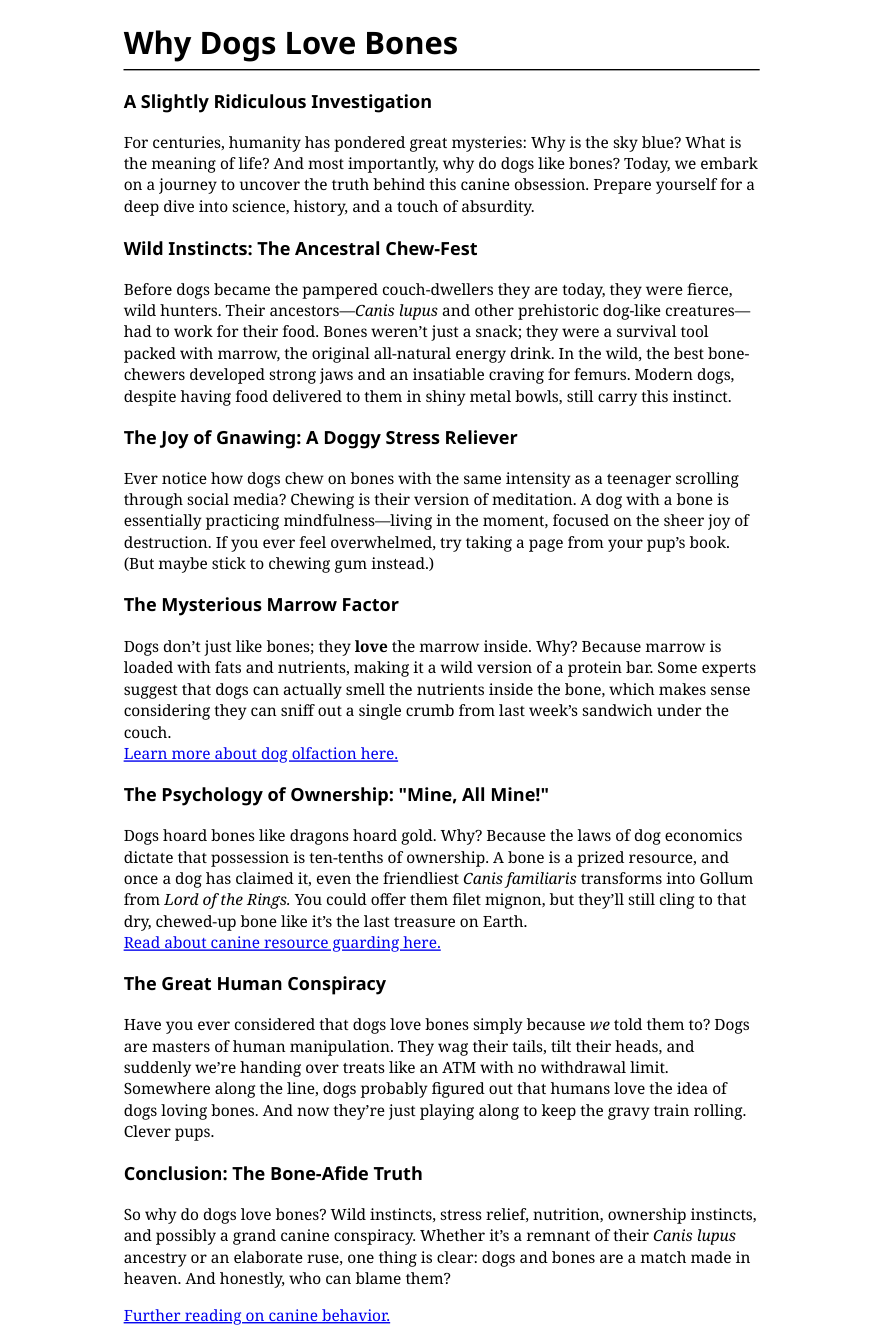
Repository: Leith-vdl/apprentice-challenge-1
Page: index.html
These files come from the project's save history. The page is drawn as it stood at one moment and after the next save; the edit follows.
The browser window is 1280 px wide. The pictures show the whole page, at 69% of full size.

Above is the page before, as saved 2025-01-31 15:27:21.

After the next save:
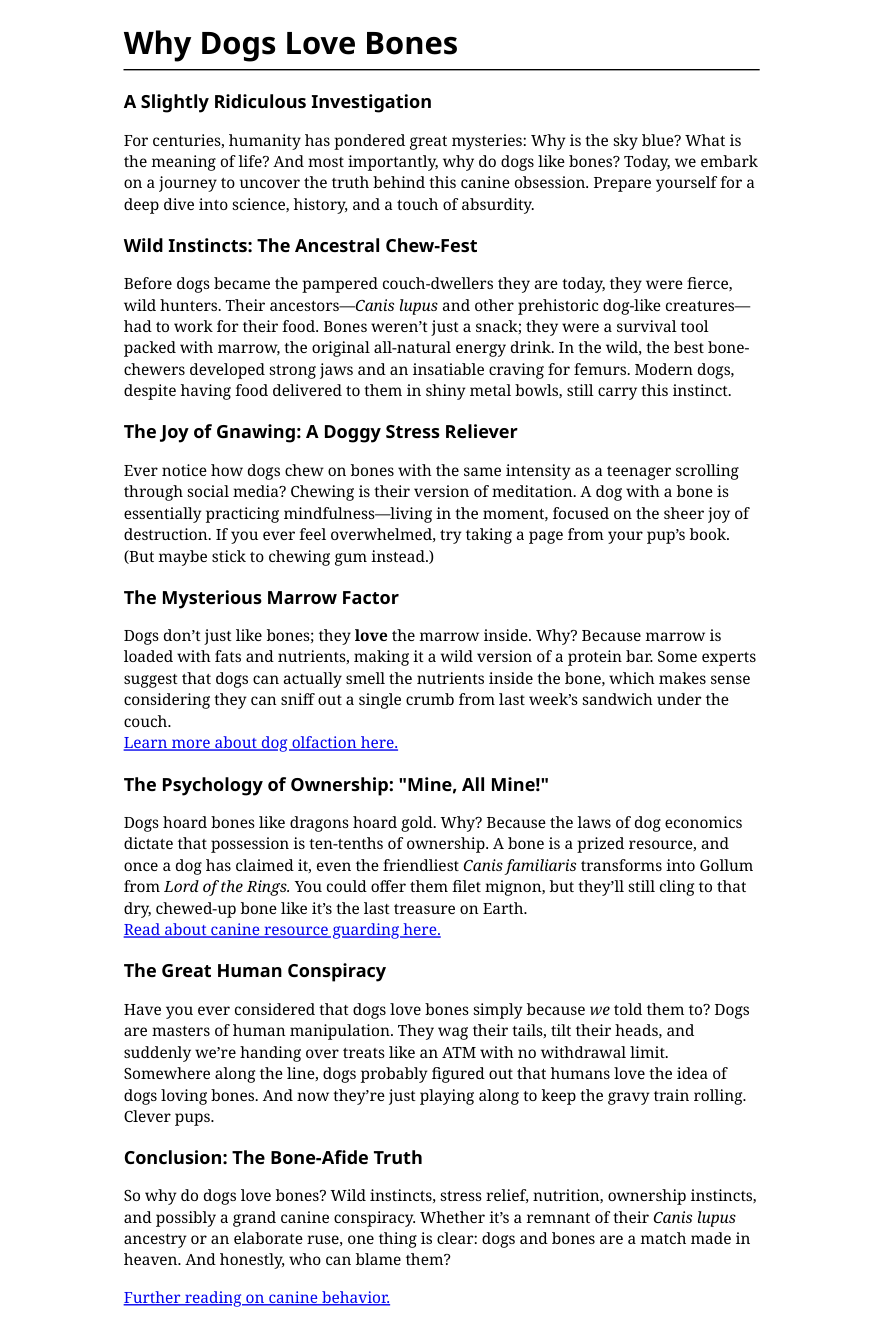
Saved 17 s later.
--- a/styles/styles.css
+++ b/styles/styles.css
@@ -9,11 +9,12 @@ body {
 }
 
 h1.page-header-title {
-    margin-bottom: 0.2em;
+
 }
 
 h1.page-header-title, h3.section-title {
     font-family: 'Segoe UI', Tahoma, Geneva, Verdana, sans-serif;
+    margin-bottom: 0.2em;
 }
 
 p.section-main-text {
